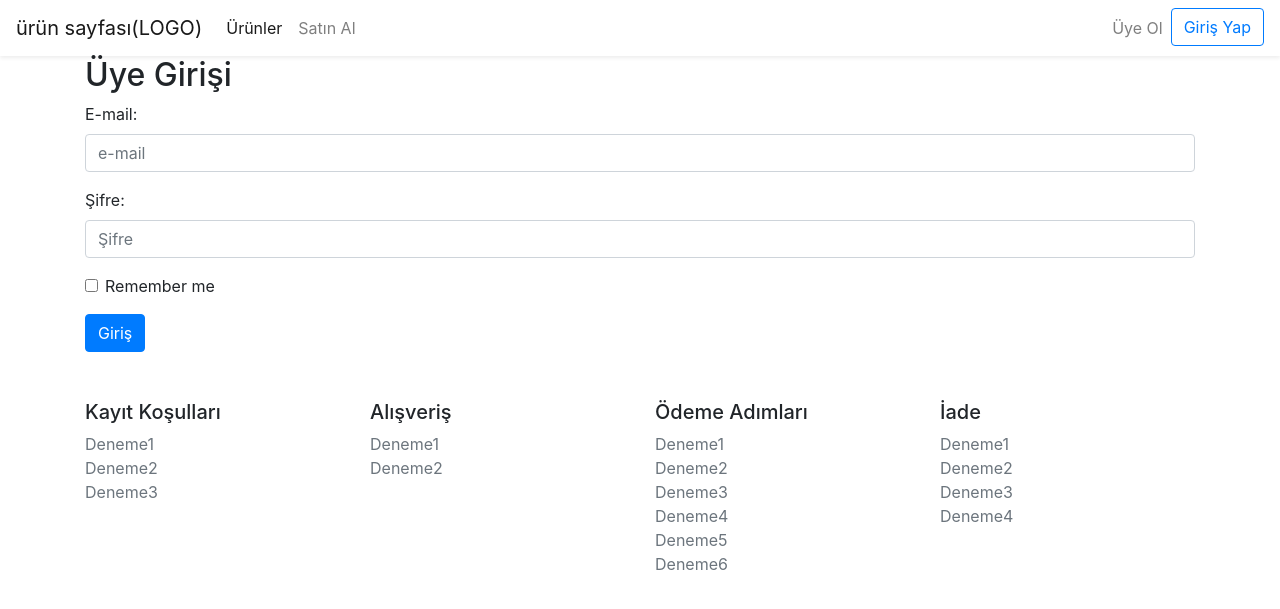
Repository: NergisAktug/E-Commerce-PythonWithFlask-Sqlite3
Page: http://localhost/üye
The author's editor kept a copy of each file at every save. The page is drawn from the files as they stood at one save, then again after the next save.
The browser window is 1280 px wide. The pictures show the whole page.
Some web libraries are served in a nearby version. The page is served by the project's application, run on Flask 3 (app.py).

Above is the page before, as saved 2018-12-02 20:34:00.

### templates/üye.html
<!doctype html>
<html lang="en">
  <head>
      <!-- Required meta tags -->
    <meta charset="utf-8">
    <meta name="viewport" content="width=device-width, initial-scale=1, shrink-to-fit=no">
    <link rel="stylesheet" href="https://use.fontawesome.com/releases/v5.5.0/css/all.css" integrity="sha384-B4dIYHKNBt8Bc12p+WXckhzcICo0wtJAoU8YZTY5qE0Id1GSseTk6S+L3BlXeVIU" crossorigin="anonymous">
    <!-- Bootstrap CSS -->
    <link rel="stylesheet" href="https://stackpath.bootstrapcdn.com/bootstrap/4.1.3/css/bootstrap.min.css" integrity="sha384-MCw98/SFnGE8fJT3GXwEOngsV7Zt27NXFoaoApmYm81iuXoPkFOJwJ8ERdknLPMO" crossorigin="anonymous">

    <title>Hello, world!</title>
  </head>
  <body>
    <nav class="navbar navbar-expand-lg navbar-light shadow-sm" >
        <a href="#" class="navbar-brand">ürün sayfası(LOGO)</a>
        <button class="navbar-toggler" type="button" data-toggle="collapse" data-target="#navbarMenü">
            <span class="navbar-toggler-icon"></span>
        </button>
        <div class="collapse navbar-collapse" id="navbarMenü">
            <ul class="navbar-nav mr-auto">
                <li class="nav-item">
                    <a href="#" class="nav-link active" >Ürünler</a>
                 </li>
                 <li class="nav-item">
                        <a href="#" class="nav-link">Satın Al</a>
                     </li>

                       </ul>

                       <ul class="navbar-nav">
                          <li class="nav-item">
                            <a href="#" class="nav-link">Üye Ol</a>
                           </li>
                           <li class="nav-item">
                              <a href="#" class="btn btn-outline-primary">Giriş Yap</a>
                             </li>
                       </ul>




             </div>

    </nav>
    <div class="container">
            <h2>Üye Girişi</h2>
            <form action="/giris" method="POST">
              <div class="form-group">
                <label for="email">E-mail:</label>
                <input type="email" class="form-control" id="email" placeholder="e-mail" name="e-mail">
              </div>
              <div class="form-group">
                <label for="pwd">Şifre:</label>
                <input type="password" class="form-control" id="pwd" placeholder="Şifre" name="sifre">
              </div>
              <div class="form-group form-check">
                <label class="form-check-label">
                  <input class="form-check-input" type="checkbox" name="remember"> Remember me
                </label>
              </div>
              <button type="submit" class="btn btn-primary">  Giriş  </button>
            </form>


          </div>

   <footer class="my-5">
<div class="container">
      <div class="row">
     <div class="col-6 col-md-3">
       <h5>Kayıt Koşulları</h5>
       <ul class="list-unstyled">
        <li><a href="#" class="text-muted">Deneme1</a></li>
        <li><a href="#" class="text-muted">Deneme2</a></li>
        <li><a href="#" class="text-muted">Deneme3</a></li>

        </ul>
     </div>

     <div class="col-6 col-md-3">
        <h5>Alışveriş</h5>
        <ul class="list-unstyled">
            <li><a href="#" class="text-muted">Deneme1</a></li>
            <li><a href="#" class="text-muted">Deneme2</a></li>

         </ul>
      </div>
      <div class="col-6 col-md-3">
          <h5>Ödeme Adımları</h5>
          <ul class="list-unstyled">
              <li><a href="#" class="text-muted">Deneme1</a></li>
              <li><a href="#" class="text-muted">Deneme2</a></li>
              <li><a href="#" class="text-muted">Deneme3</a></li>
              <li><a href="#" class="text-muted">Deneme4</a></li>
              <li><a href="#" class="text-muted">Deneme5</a></li>
              <li><a href="#" class="text-muted">Deneme6</a></li>
           </ul>
        </div>
        <div class="col-6 col-md-3">
            <h5>İade</h5>
            <ul class="list-unstyled">
                <li><a href="#" class="text-muted">Deneme1</a></li>
                <li><a href="#" class="text-muted">Deneme2</a></li>
                <li><a href="#" class="text-muted">Deneme3</a></li>
                <li><a href="#" class="text-muted">Deneme4</a></li>
             </ul>
          </div>
      </div>
</div>
   </footer>

    <!-- Optional JavaScript -->
    <!-- jQuery first, then Popper.js, then Bootstrap JS -->
    <script src="https://unpkg.com/aos@2.3.1/dist/aos.js"></script>
    <script src="https://code.jquery.com/jquery-3.3.1.slim.min.js" integrity="sha384-q8i/X+965DzO0rT7abK41JStQIAqVgRVzpbzo5smXKp4YfRvH+8abtTE1Pi6jizo" crossorigin="anonymous"></script>
    <script src="https://cdnjs.cloudflare.com/ajax/libs/popper.js/1.14.3/umd/popper.min.js" integrity="sha384-ZMP7rVo3mIykV+2+9J3UJ46jBk0WLaUAdn689aCwoqbBJiSnjAK/l8WvCWPIPm49" crossorigin="anonymous"></script>
    <script src="https://stackpath.bootstrapcdn.com/bootstrap/4.1.3/js/bootstrap.min.js" integrity="sha384-ChfqqxuZUCnJSK3+MXmPNIyE6ZbWh2IMqE241rYiqJxyMiZ6OW/JmZQ5stwEULTy" crossorigin="anonymous"></script>
    <script>
        AOS.init();
      </script>
  </body>
</html>

### app.py
"""Flask Login Example and instagram fallowing find"""

from flask import Flask, url_for, render_template, request, redirect, session, escape
from flask_sqlalchemy import SQLAlchemy



app = Flask(__name__)
app.secret_key = 'any random string'

app.config['SQLALCHEMY_DATABASE_URI'] = 'sqlite:///kullanicilar.db'
db = SQLAlchemy(app)


class User(db.Model):
	""" Create user table"""
	id = db.Column(db.Integer, primary_key=True)
	username = db.Column(db.String(80), unique=True)
	password = db.Column(db.String(80))

	def __init__(self, username, password):
		self.username = username
		self.password = password


@app.route('/')
def index():
	if not session.get('giris_yap'):
		return render_template('index.html')
	else:
		if request.method == 'POST':
			return render_template('index.html')
		return render_template('index.html')


@app.route('/üye')
def uye():
	return render_template('/üye.html')
@app.route('/giris', methods=['GET', 'POST'])
def giris():
	if request.method == 'GET':
		return render_template('kayit.html')
	else:
		name = request.form['username']
		passw = request.form['password']
		data = User.query.filter_by(username=name, password=passw).first()
		if data is not None:
			session['giris_yap'] = True
			return redirect(url_for('index'))
		else:
			return  render_template('index.html')

@app.route('/kayit', methods=['GET', 'POST'])
def kayit():
	"""Register Form"""
	if request.method == 'POST':
		new_user = User(username=request.form['username'], password=request.form['password'])
		db.session.add(new_user)
		db.session.commit()
		return render_template('üye.html')
	return render_template('kayit.html')
@app.route("/cıkıs")
def cıkıs():
	session['logged_in'] = False
	return redirect(url_for('index'))


if __name__ == '__main__':

	db.create_all()
	app.run(debug=True)

After the next save:
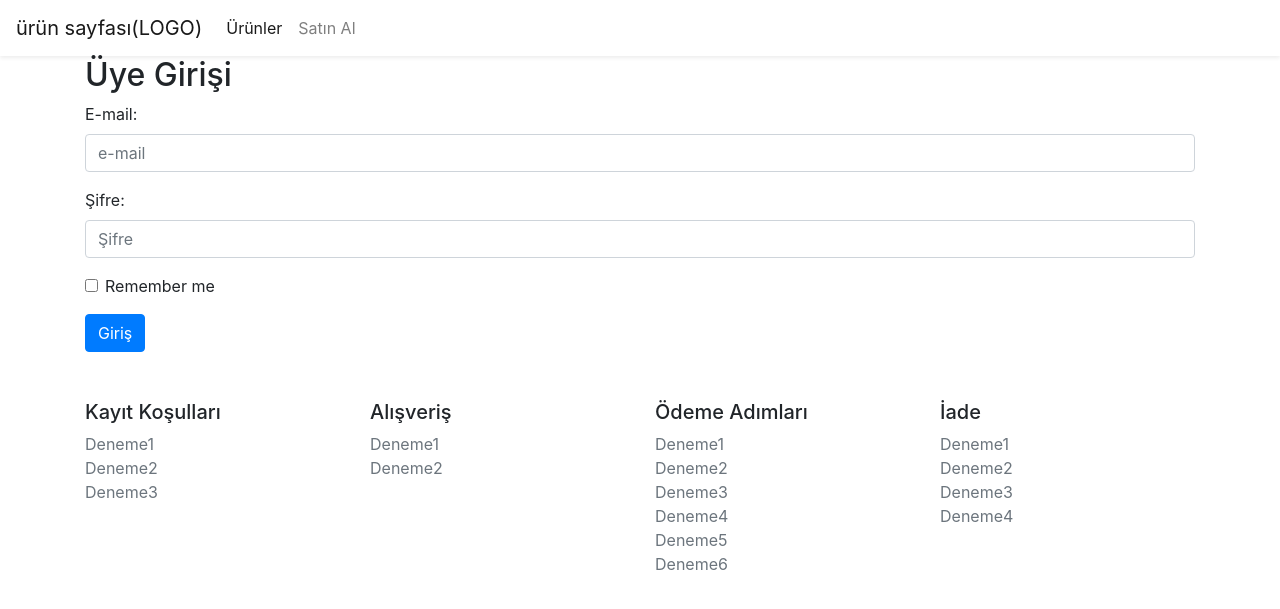
Saved 6 min 40 s later.
--- a/templates/üye.html
+++ b/templates/üye.html
@@ -27,14 +27,9 @@
 
                        </ul>
 
-                       <ul class="navbar-nav">
-                          <li class="nav-item">
-                            <a href="#" class="nav-link">Üye Ol</a>
-                           </li>
-                           <li class="nav-item">
-                              <a href="#" class="btn btn-outline-primary">Giriş Yap</a>
-                             </li>
-                       </ul>
+                      {% if session['giris_yap'] %}
+
+                      {% endif %}
 
 
 
